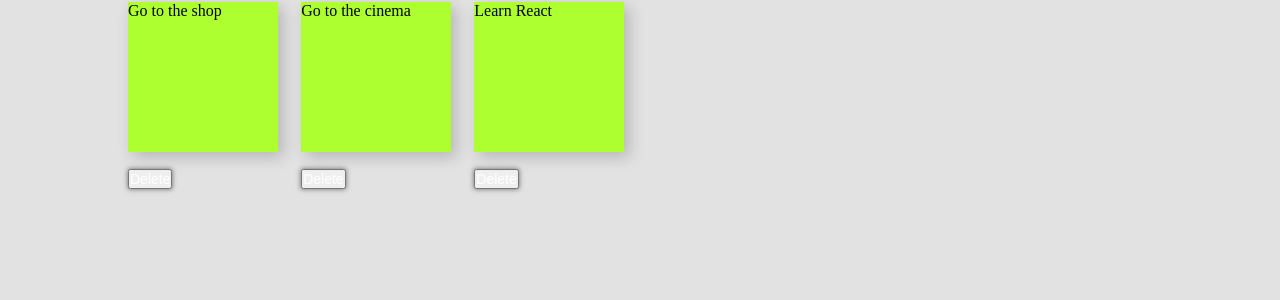
Repository: AlSemyon/13_animation
Page: /
An editor plug-in stored every save of this project. The page is shown before and after the next save, followed by the edit.
The browser window is 1280 px wide. The pictures show the whole page.
The project was rebuilt for these pictures with package versions that can differ from the ones it lists, and the page was loaded fresh each time.

Above is the page before, as saved 2018-12-05 20:16:36.

### public/index.html
<!DOCTYPE html>
<html lang="en">
  <head>
    <meta charset="utf-8">
    <link rel="shortcut icon" href="%PUBLIC_URL%/favicon.ico">
    <meta name="viewport" content="width=device-width, initial-scale=1, shrink-to-fit=no">
    <meta name="theme-color" content="#000000">
    <!--
      manifest.json provides metadata used when your web app is added to the
      homescreen on Android. See https://developers.google.com/web/fundamentals/web-app-manifest/
    -->
    <link rel="manifest" href="%PUBLIC_URL%/manifest.json">
    <!--
      Notice the use of %PUBLIC_URL% in the tags above.
      It will be replaced with the URL of the `public` folder during the build.
      Only files inside the `public` folder can be referenced from the HTML.

      Unlike "/favicon.ico" or "favicon.ico", "%PUBLIC_URL%/favicon.ico" will
      work correctly both with client-side routing and a non-root public URL.
      Learn how to configure a non-root public URL by running `npm run build`.
    -->
    <title>React App</title>
  </head>
  <body>
    <noscript>
      You need to enable JavaScript to run this app.
    </noscript>

    <div id="root"></div>
    <!--
      This HTML file is a template.
      If you open it directly in the browser, you will see an empty page.

      You can add webfonts, meta tags, or analytics to this file.
      The build step will place the bundled scripts into the <body> tag.

      To begin the development, run `npm start` or `yarn start`.
      To create a production bundle, use `npm run build` or `yarn build`.
    -->
  </body>
</html>

### src/index.css
@import url(http://fonts.googleapis.com/css?family=Shadows+Into+Light);

* {
    margin: 0;
    padding: 0;
    box-sizing: border-box;
}
body {
    background: #e2e2e2;
}


.container {
    max-width: 80%;
    margin: auto;
    min-height: 100vh;

}

.grid{
    display: grid;
    grid-gap: 15px;
    grid-template-columns: repeat(auto-fill, minmax(150px, 1fr))
}

.note {
    height: 150px;
    width: 150px;
    background-color: greenyellow;
    margin: 2px 0;
    position: relative;
    cursor: -webkit-grab;
    box-shadow: 5px 5px 15px 0 rgba(0, 0, 0, .2);
}

.note:active {
    cursor: -webkit-grabbing;
}

.note p {
    font-size: 22px;
    text-align: center;
    padding: 5px;
    font-family: "Shadows Into Light", Arial;
}

.note:hover > span {
    opacity: 1;
}

.note > span {
    position: absolute;
    bottom: 2px;
    right: 2px;
    opacity: 0;
    transition: opacity .25s linear;
}

.note button {
    margin: 2px;
}

.note form {
    text-align: center;
    height: 100%;
}

.note  textarea {
    width: 95%;
    max-width: 100%;
    margin-top: 1rem;
    height: 50%;
    background: rgba(255, 255, 255, .5);
    resize: none;
}

.container button {
  color: #fff;
  font-size: 14px;
  box-shadow: 0px 0px 5px 0px rgba(0, 0, 0, 0.55);
}

.add {
  margin-top: 3rem;
  background-color: #5cb85c;
  height: 3rem;
  min-width: 3rem;
}

.edit {
  background-color: #337ab7;
}

.save {
  background-color: #5cb85c;
}

.remove {
  background-color: #d9534f;
}

### src/components/App.js
import React, {Component} from 'react';
import notes from '../notes'
import Note from './Note'
import './style.css'

class App extends Component {
    state = {notes: []};

    componentDidMount() {
        this.setState({notes})
    }

    eachNote = (note) =>
        <Note key={note.id} note={note}/>

    render() {
        return (
            <div className="container">
                <div className="grid">
                    {this.state.notes.map(this.eachNote)}
                </div>
            </div>
        )
    }
}

export default App;

### src/notes.json
[
    {
       "id": 1,
       "text": "Go to the shop"
   },
   {
     "id": 2,
     "text": "Go to the cinema"
   },
   {
     "id": 3,
     "text": "Learn React"
   }
]

### src/components/Note.js
import React, {Component} from 'react';


class Note extends Component {
    render() {
        const {note} = this.props;
        return(
            <div className="grid">
                <div className="note">{note.text}</div>
                <div className="button">
                    <button className="btn btn-danger">Delete</button>
                </div>
            </div>
        )
    }
}

export default Note;

### src/components/style.css
@import url(http://fonts.googleapis.com/css?family=Shadows+Into+Light);

* {
    margin: 0;
    padding: 0;
    box-sizing: border-box;
}
body {
    background: #e2e2e2;
}


.container {
    max-width: 80%;
    margin: auto;
    min-height: 100vh;

}

.grid{
    display: grid;
    grid-gap: 15px;
    grid-template-columns: repeat(auto-fill, minmax(150px, 1fr))
}

.note {
    height: 150px;
    width: 150px;
    background-color: greenyellow;
    margin: 2px 0;
    position: relative;
    cursor: -webkit-grab;
    box-shadow: 5px 5px 15px 0 rgba(0, 0, 0, .2);
}

.note:active {
    cursor: -webkit-grabbing;
}

.note p {
    font-size: 22px;
    text-align: center;
    padding: 5px;
    font-family: "Shadows Into Light", Arial;
}

.note:hover > span {
    opacity: 1;
}

.note > span {
    position: absolute;
    bottom: 2px;
    right: 2px;
    opacity: 0;
    transition: opacity .25s linear;
}

.note button {
    margin: 2px;
}

.note form {
    text-align: center;
    height: 100%;
}

.note  textarea {
    width: 95%;
    max-width: 100%;
    margin-top: 1rem;
    height: 50%;
    background: rgba(255, 255, 255, .5);
    resize: none;
}

.container button {
  color: #fff;
  font-size: 14px;
  box-shadow: 0px 0px 5px 0px rgba(0, 0, 0, 0.55);
}

.add {
  margin-top: 3rem;
  background-color: #5cb85c;
  height: 3rem;
  min-width: 3rem;
}

.edit {
  background-color: #337ab7;
}

.save {
  background-color: #5cb85c;
}

.remove {
  background-color: #d9534f;
}

### src/components/Form.js
import React, {Component} from 'react';


class Form extends Component {
    render() {
        return(
            <div className="form-group">
                <form>
                    <input type="text" className="form-control"/>
                </form>
            </div>
        )
    }
}

export default Form;

Loaded but not shown: src/index.js (common file)

After the next save:
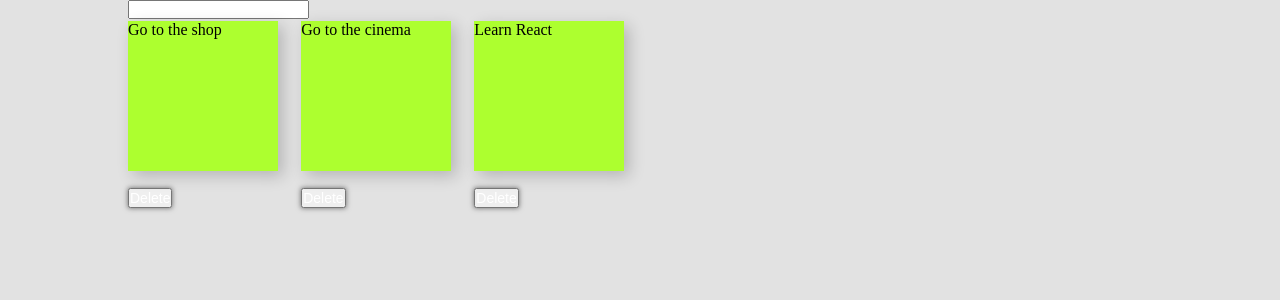
Saved 39 s later.
--- a/src/components/App.js
+++ b/src/components/App.js
@@ -2,6 +2,7 @@ import React, {Component} from 'react';
 import notes from '../notes'
 import Note from './Note'
 import './style.css'
+import Form from './Form';
 
 class App extends Component {
     state = {notes: []};
@@ -16,6 +17,7 @@ class App extends Component {
     render() {
         return (
             <div className="container">
+            <Form/>
                 <div className="grid">
                     {this.state.notes.map(this.eachNote)}
                 </div>
